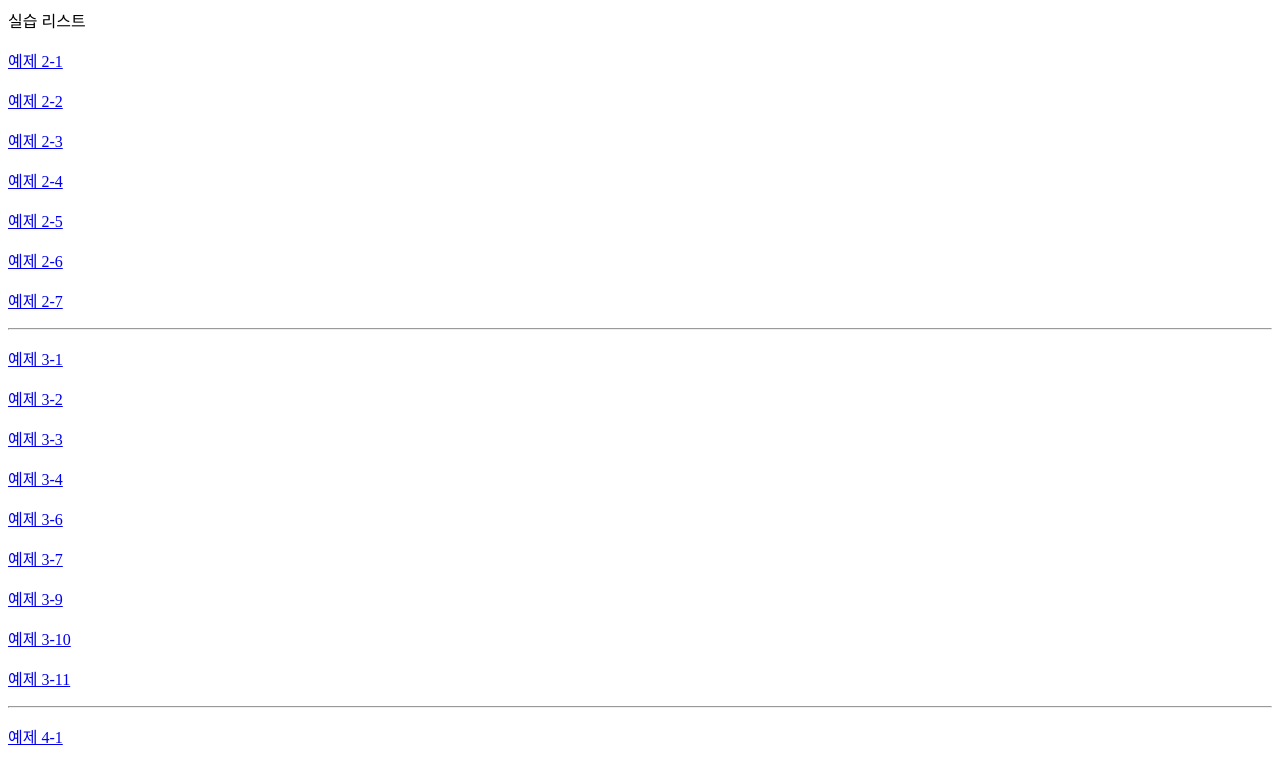
Repository: yeom724/JSP_test
Page: http://localhost/jspbook/
The author's editor kept a copy of each file at every save. The page is drawn from the files as they stood at one save, then again after the next save.
The browser window is 1280 px wide. The pictures show the whole page.
The page is served by Tomcat 9.

Above is the page before, as saved 2024-10-10 00:47:05.

After the next save:
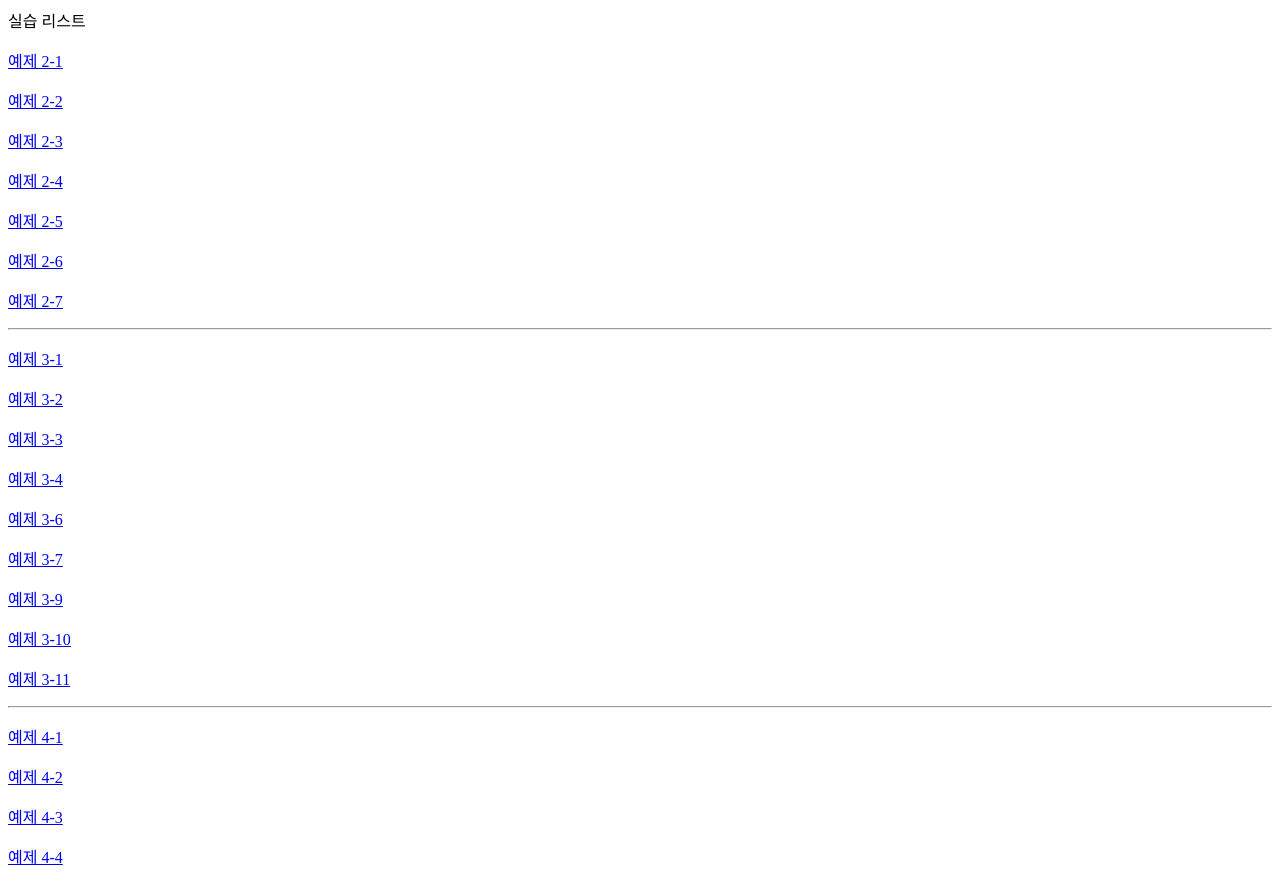
Saved 56 min 37 s later.
--- a/jspbook/src/main/webapp/index.jsp
+++ b/jspbook/src/main/webapp/index.jsp
@@ -27,5 +27,8 @@
 	<p><a href="ex3-11">예제 3-11</a></p>
 	<hr></hr>
 	<p><a href="ex4-1">예제 4-1</a></p>
+	<p><a href="ex4-2">예제 4-2</a></p>
+	<p><a href="ex4-3">예제 4-3</a></p>
+	<p><a href="ex4-4">예제 4-4</a></p>
 </body>
 </html>
